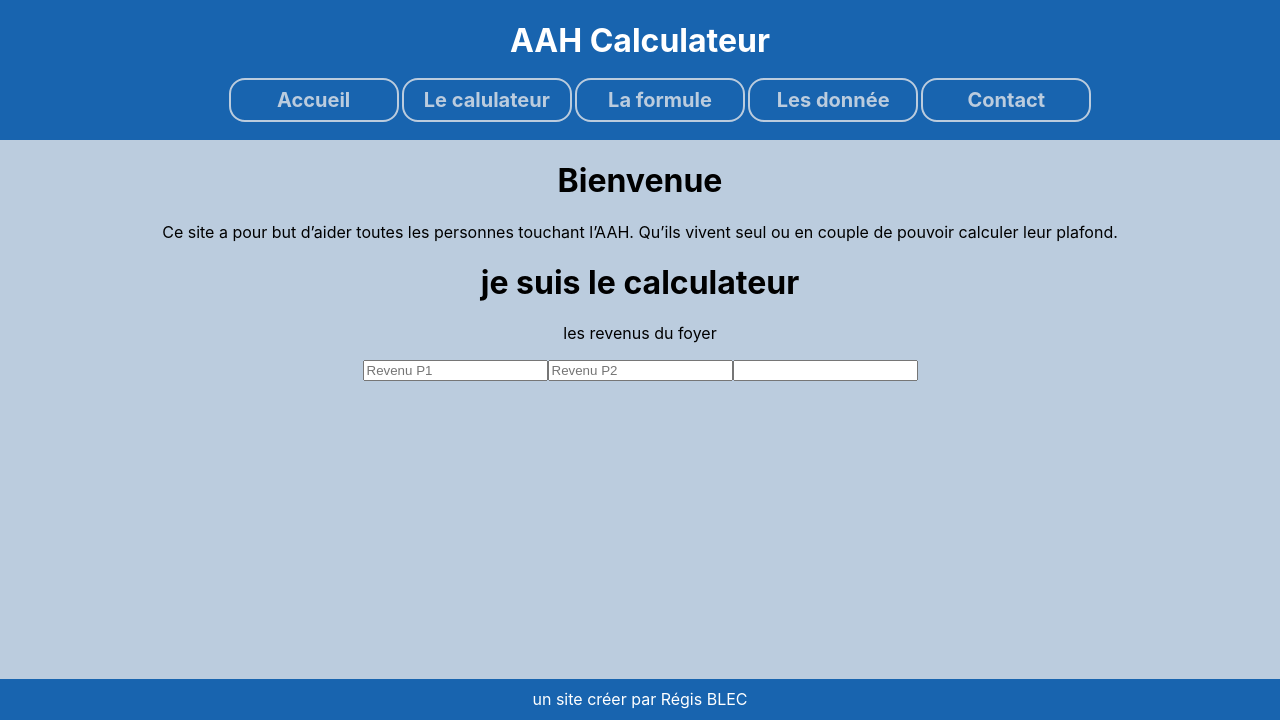
Repository: Cide74/calculateur-aah
Page: /
An editor plug-in stored every save of this project. The page is shown before and after the next save, followed by the edit.
The browser window is 1280 px wide. The pictures show the whole page.
The project was rebuilt for these pictures with package versions that can differ from the ones it lists, and the page was loaded fresh each time. Also part of the build but not shown: src/components/Calculator/Calculator.scss.

Above is the page before, as saved 2021-04-05 17:16:55.

After the next save:
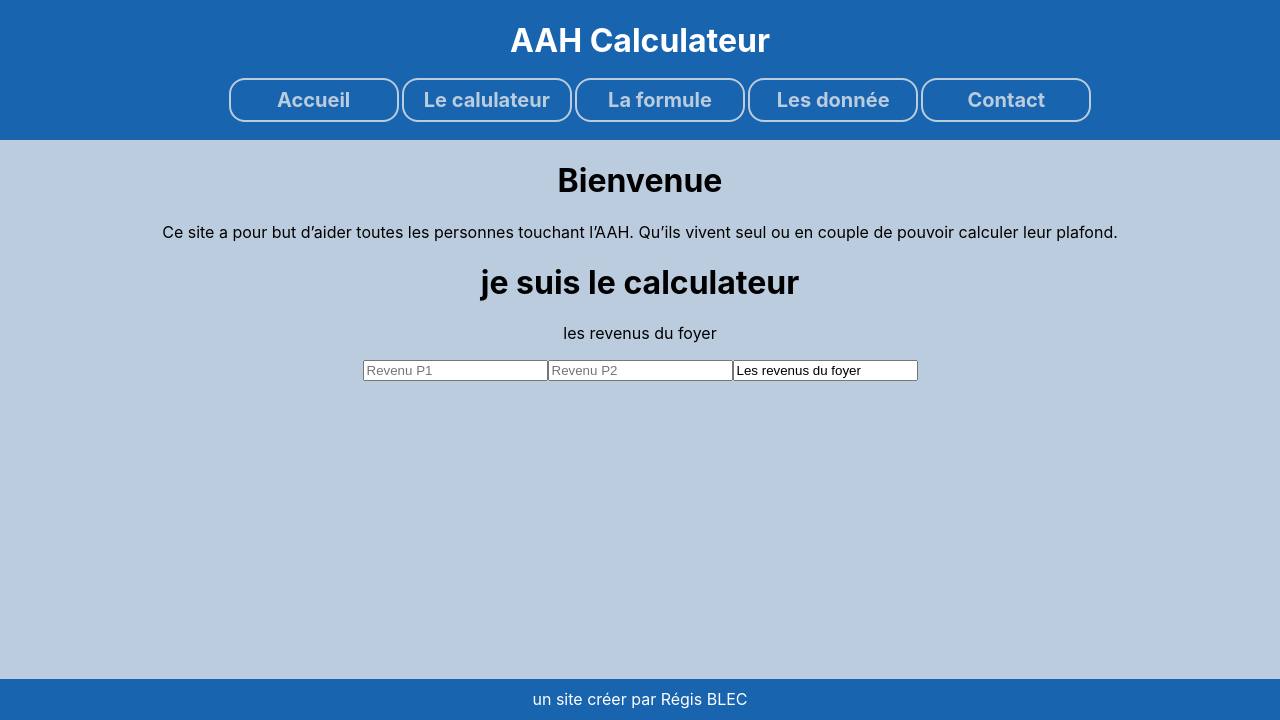
Saved 10 s later.
--- a/src/components/Calculator/Calculator.js
+++ b/src/components/Calculator/Calculator.js
@@ -39,7 +39,7 @@ export default function Calculator() {
           name='revenu1'
         />
                 <input
-          type='number'
+          type='text'
           className='field-input-revenu'
           onChange= ''
           value="Les revenus du foyer"
